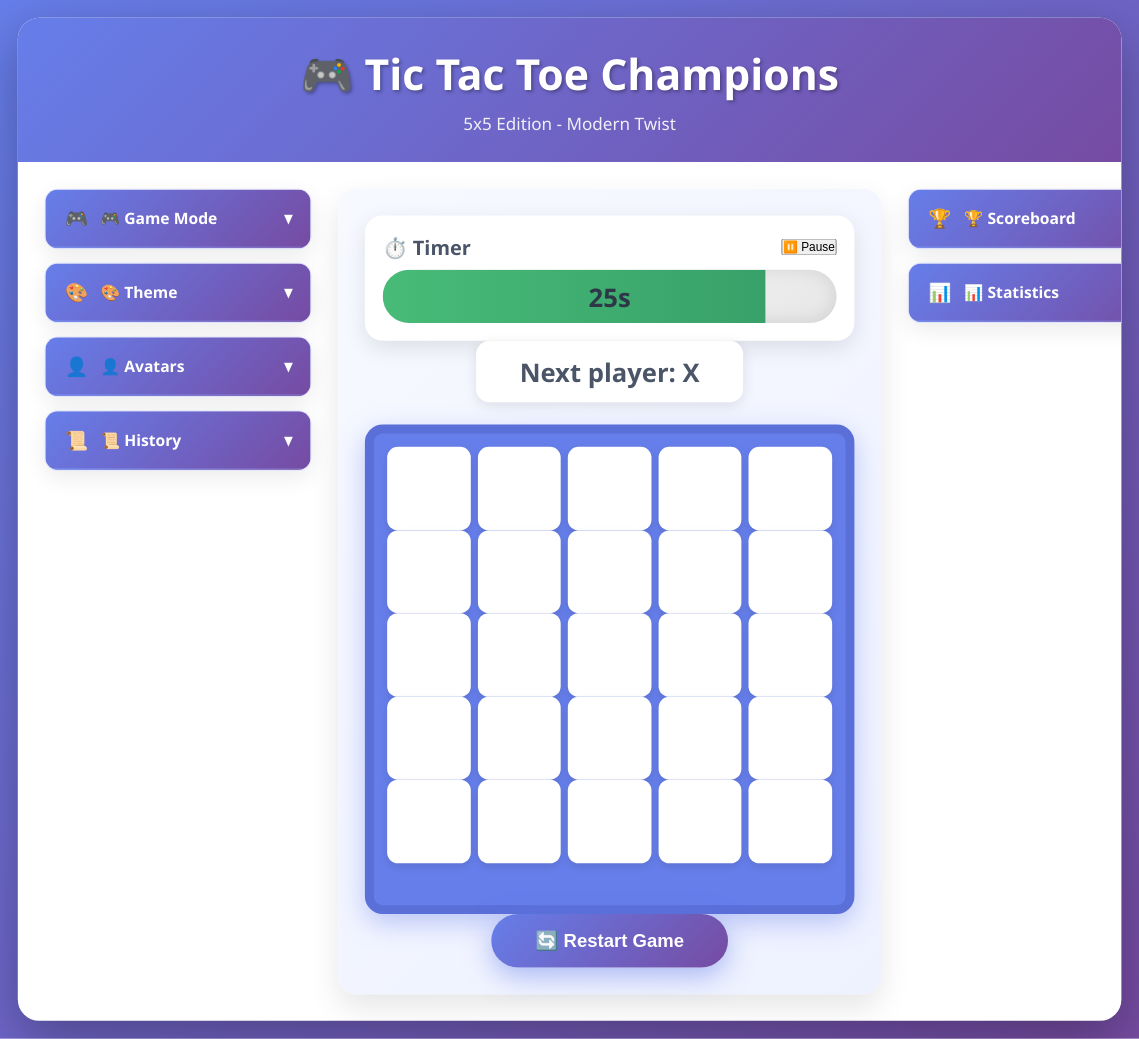
Repository: sofia123776/TIC-TAC-TOE
Page: /
The author's editor kept a copy of each file at every save. The page is drawn from the files as they stood at one save, then again after the next save.
The browser window is 1280 px wide. The pictures show the whole page, at 89% of full size.
The project was rebuilt for these pictures with package versions that can differ from the ones it lists, and the page was loaded fresh each time. Also part of the build but not shown: vite.config.js.

Above is the page before, as saved 2025-12-09 18:10:25.

### index.html
<!doctype html>
<html lang="en">
  <head>
    <meta charset="UTF-8" />
    <link rel="icon" type="image/svg+xml" href="/vite.svg" />
    <meta name="viewport" content="width=device-width, initial-scale=1.0" />
    <title>tic-tac-toe</title>
  </head>
  <body>
    <div id="root"></div>
    <script type="module" src="/src/main.jsx"></script>
  </body>
</html>

### src/main.jsx
// src/main.jsx
import React from 'react'
import ReactDOM from 'react-dom/client'
import App from './App'
import './App.css'

ReactDOM.createRoot(document.getElementById('root')).render(
  <React.StrictMode>
    <App />
  </React.StrictMode>
)

### src/App.css
/* ===== RESET & BASE ===== */
* {
  margin: 0;
  padding: 0;
  box-sizing: border-box;
}

body {
  font-family: 'Segoe UI', Tahoma, Geneva, Verdana, sans-serif;
  background: linear-gradient(135deg, #667eea 0%, #764ba2 100%);
  min-height: 100vh;
  padding: 20px;
}

/* ===== MAIN CONTAINER ===== */
.game-container {
  max-width: 1400px;
  margin: 0 auto;
  background: white;
  border-radius: 24px;
  box-shadow: 0 20px 60px rgba(0, 0, 0, 0.3);
  overflow: hidden;
  min-height: 90vh;
}

/* ===== HEADER ===== */
.game-header {
  background: linear-gradient(135deg, #667eea 0%, #764ba2 100%);
  color: white;
  padding: 30px 40px;
  text-align: center;
  position: relative;
  overflow: hidden;
}

.game-header::before {
  content: '';
  position: absolute;
  top: -50%;
  left: -50%;
  width: 200%;
  height: 200%;
  background: radial-gradient(circle, rgba(255,255,255,0.1) 1px, transparent 1px);
  background-size: 30px 30px;
  opacity: 0.3;
}

.game-title {
  font-size: 3rem;
  font-weight: 800;
  margin-bottom: 10px;
  text-shadow: 2px 2px 4px rgba(0,0,0,0.3);
  position: relative;
  z-index: 1;
}

.header-subtitle {
  font-size: 1.2rem;
  opacity: 0.9;
  position: relative;
  z-index: 1;
}

/* ===== GAME CONTENT LAYOUT ===== */
.game-content {
  display: grid;
  grid-template-columns: 300px 1fr 300px;
  gap: 30px;
  padding: 30px;
  min-height: 700px;
}

/* ===== SIDEBARS ===== */
.sidebar {
  display: flex;
  flex-direction: column;
  gap: 15px;
}

/* ===== SIDEBAR PANELS ===== */
.sidebar-panel {
  background: #f8f9ff;
  border-radius: 15px;
  overflow: hidden;
  box-shadow: 0 8px 25px rgba(0, 0, 0, 0.08);
  border: 1px solid rgba(102, 126, 234, 0.1);
  transition: all 0.3s ease;
}

.sidebar-panel.closed {
  background: #f0f2ff;
}

.panel-header {
  padding: 18px 20px;
  display: flex;
  align-items: center;
  cursor: pointer;
  background: linear-gradient(135deg, #667eea 0%, #764ba2 100%);
  color: white;
  border-bottom: 2px solid rgba(255, 255, 255, 0.1);
  transition: all 0.3s;
}

.panel-header:hover {
  background: linear-gradient(135deg, #5a6fd8 0%, #6a4290 100%);
  padding-left: 25px;
}

.panel-icon {
  font-size: 1.3rem;
  margin-right: 12px;
  width: 30px;
  text-align: center;
}

.panel-title {
  flex: 1;
  font-weight: 700;
  font-size: 1.1rem;
}

.panel-toggle {
  font-size: 0.9rem;
  transition: transform 0.3s;
}

.sidebar-panel.open .panel-toggle {
  transform: rotate(180deg);
}

.panel-content {
  padding: 20px;
  max-height: 400px;
  overflow-y: auto;
  animation: slideDown 0.3s ease;
}

@keyframes slideDown {
  from {
    opacity: 0;
    transform: translateY(-10px);
  }
  to {
    opacity: 1;
    transform: translateY(0);
  }
}

/* ===== GAME MODE SECTION ===== */
.game-mode-selector {
  display: flex;
  flex-direction: column;
  gap: 12px;
  margin-bottom: 20px;
}

.mode-option {
  display: flex;
  align-items: center;
  gap: 15px;
  padding: 15px;
  background: white;
  border: 2px solid #e2e8f0;
  border-radius: 12px;
  cursor: pointer;
  transition: all 0.3s;
}

.mode-option:hover {
  border-color: #667eea;
  transform: translateX(5px);
}

.mode-option.active {
  background: linear-gradient(135deg, #667eea15 0%, #764ba215 100%);
  border-color: #667eea;
  box-shadow: 0 4px 15px rgba(102, 126, 234, 0.2);
}

.mode-icon {
  font-size: 1.5rem;
  width: 40px;
  height: 40px;
  display: flex;
  align-items: center;
  justify-content: center;
  background: linear-gradient(135deg, #667eea 0%, #764ba2 100%);
  color: white;
  border-radius: 10px;
}

/* ===== AI SETTINGS ===== */
.ai-settings {
  border-top: 2px solid #e2e8f0;
  padding-top: 20px;
  margin-top: 20px;
}

.setting-group {
  margin-bottom: 25px;
}

.setting-title {
  font-size: 1rem;
  color: #4a5568;
  margin-bottom: 12px;
  font-weight: 600;
}

.difficulty-options {
  display: flex;
  flex-direction: column;
  gap: 8px;
}

.difficulty-option {
  display: flex;
  align-items: center;
  gap: 10px;
  padding: 12px 15px;
  background: white;
  border: 2px solid #e2e8f0;
  border-radius: 10px;
  cursor: pointer;
  transition: all 0.3s;
}

.difficulty-option:hover {
  border-color: #667eea;
}

.difficulty-option.active {
  background: linear-gradient(135deg, #667eea10 0%, #764ba210 100%);
  border-color: #667eea;
}

.difficulty-dot {
  width: 12px;
  height: 12px;
  border-radius: 50%;
  margin-right: 5px;
}

.difficulty-dot.easy {
  background: #48bb78;
}

.difficulty-dot.medium {
  background: #ed8936;
}

.difficulty-dot.hard {
  background: #f56565;
}

.player-options {
  display: flex;
  gap: 10px;
}

.player-option {
  flex: 1;
  display: flex;
  flex-direction: column;
  align-items: center;
  padding: 15px;
  background: white;
  border: 2px solid #e2e8f0;
  border-radius: 12px;
  cursor: pointer;
  transition: all 0.3s;
  position: relative;
}

.player-option:hover {
  border-color: #667eea;
}

.player-option.active {
  background: linear-gradient(135deg, #667eea10 0%, #764ba210 100%);
  border-color: #667eea;
}

.option-avatar {
  width: 50px;
  height: 50px;
  border-radius: 50%;
  object-fit: cover;
  margin-bottom: 8px;
  border: 2px solid #e2e8f0;
}

.player-option.active .option-avatar {
  border-color: #667eea;
}

.player-badge {
  position: absolute;
  top: 8px;
  right: 8px;
  background: #48bb78;
  color: white;
  font-size: 0.7rem;
  padding: 2px 8px;
  border-radius: 10px;
}

.ai-info {
  margin-top: 20px;
  padding: 15px;
  background: #f0f7ff;
  border-radius: 10px;
  border-left: 4px solid #4299e1;
}

.ai-description {
  font-size: 0.9rem;
  color: #4a5568;
  text-align: center;
}

/* ===== THEME SELECTOR ===== */
.theme-options {
  display: flex;
  flex-direction: column;
  gap: 12px;
}

.theme-option {
  display: flex;
  align-items: center;
  gap: 15px;
  padding: 15px;
  background: white;
  border: 2px solid #e2e8f0;
  border-radius: 12px;
  cursor: pointer;
  transition: all 0.3s;
}

.theme-option:hover {
  transform: translateX(5px);
}

.theme-option.active {
  border-color: #667eea;
  box-shadow: 0 4px 15px rgba(102, 126, 234, 0.2);
}

.theme-preview {
  width: 40px;
  height: 40px;
  border-radius: 8px;
  border: 2px solid #e2e8f0;
}

.theme-preview.cyberpunk {
  background: linear-gradient(135deg, #0f0c29, #302b63);
}

.theme-preview.neon {
  background: linear-gradient(135deg, #000000, #1a1a2e);
}

.theme-preview.sunset {
  background: linear-gradient(135deg, #ff6b6b, #556270);
}

/* ===== MAIN GAME AREA ===== */
.main-game-area {
  display: flex;
  flex-direction: column;
  align-items: center;
  justify-content: center;
  gap: 25px;
}

.game-board-wrapper {
  background: linear-gradient(135deg, #f7f9ff 0%, #eef2ff 100%);
  padding: 30px;
  border-radius: 20px;
  box-shadow: 0 15px 35px rgba(0, 0, 0, 0.1);
  width: 100%;
  max-width: 700px;
}

/* ===== TIMER IN MAIN AREA ===== */
.timer-display-main {
  background: white;
  border-radius: 20px;
  padding: 20px;
  box-shadow: 0 8px 25px rgba(0, 0, 0, 0.1);
  width: 100%;
  max-width: 700px;

}

.timer-header {
  display: flex;
  justify-content: space-between;
  align-items: center;
  margin-bottom: 10px;
}

.timer-header h3 {
  font-size: 1.4rem;
  color: #4a5568;
  display: flex;
  align-items: center;
  gap: 10px;
}

.timer-circle-main {
  position: relative;
  width: 100%;
  height: 60px;
  border-radius: 30px;
  background: linear-gradient(145deg, #ffffff, #e6e6e6);
  box-shadow: inset 0 0 20px rgba(0, 0, 0, 0.1);
  overflow: hidden;
}

.timer-circle-main.warning {
  background: linear-gradient(145deg, #fff5f5, #fed7d7);
}

.timer-value {
  position: absolute;
  top: 50%;
  left: 50%;
  transform: translate(-50%, -50%);
  font-size: 1.8rem;
  font-weight: 800;
  color: #2d3748;
  z-index: 2;
}

.timer-progress {
  position: absolute;
  top: 0;
  left: 0;
  height: 100%;
  background: linear-gradient(to right, #48bb78, #38a169);
  transition: width 1s linear;
}

.timer-circle-main.warning .timer-progress {
  background: linear-gradient(to right, #f56565, #e53e3e);
}

/* ===== 5x5 GAME BOARD - FIXED ===== */
.board-container {
  display: flex;
  flex-direction: column;
  align-items: center;
  gap: 25px;
}

.status {
  font-size: 1.8rem;
  font-weight: 700;
  color: #4a5568;
  text-align: center;
  padding: 15px 30px;
  background: white;
  border-radius: 15px;
  box-shadow: 0 4px 15px rgba(0, 0, 0, 0.1);
  min-width: 300px;
}

.status.winner {
  background: linear-gradient(135deg, #48bb78, #38a169);
  color: white;
  animation: pulse 2s infinite;
}

@keyframes pulse {
  0%, 100% { transform: scale(1); }
  50% { transform: scale(1.05); }
}

.board-grid {
  display: grid;
  grid-template-columns: repeat(5, 1fr);
  grid-template-rows: repeat(5, 1fr);
  gap: 8px;
  background: #667eea;
  padding: 15px;
  border-radius: 20px;
  box-shadow: 0 10px 30px rgba(102, 126, 234, 0.4);
  width: 550px;
  height: 550px;
  border: 10px solid #5a6fd8;
}

.square {
  background: white;
  border: none;
  border-radius: 12px;
  display: flex;
  align-items: center;
  justify-content: center;
  cursor: pointer;
  transition: all 0.3s;
  box-shadow: 0 4px 10px rgba(0, 0, 0, 0.1);
  width: 100%;
  height: 100%;
  min-width: 0;
  min-height: 0;

}

.square:hover {
  background: #f7fafc;
  transform: scale(1.05);
  box-shadow: 0 6px 20px rgba(0, 0, 0, 0.15);
}

.square.highlight {
  background: linear-gradient(135deg, #f6e05e, #d69e2e);
  animation: highlight-pulse 1.5s infinite;
}

@keyframes highlight-pulse {
  0%, 100% { box-shadow: 0 0 20px rgba(246, 224, 94, 0.6); }
  50% { box-shadow: 0 0 30px rgba(246, 224, 94, 0.9); }
}

.avatar-img {
  width: 60px;
  height: 60px;
  border-radius: 50%;
  object-fit: cover;
  border: 3px solid #e2e8f0;
}

/* ===== AI INDICATOR ===== */
.ai-indicator {
  background: white;
  border-radius: 15px;
  padding: 15px;
  margin-bottom: 20px;
  box-shadow: 0 4px 15px rgba(0, 0, 0, 0.1);
}

.ai-labels {
  display: flex;
  justify-content: space-between;
  align-items: center;
}

.ai-label {
  flex: 1;
  text-align: center;
  padding: 10px;
  border-radius: 10px;
  font-weight: 600;
  font-size: 1.1rem;
}

.ai-label.ai {
  background: linear-gradient(135deg, #f5656510 0%, #e53e3e10 100%);
  color: #e53e3e;
}

.ai-label.human {
  background: linear-gradient(135deg, #48bb7810 0%, #38a16910 100%);
  color: #38a169;
}

.ai-label-vs {
  padding: 0 20px;
  font-weight: 700;
  color: #4a5568;
}

/* ===== ACTION BUTTONS ===== */
.action-buttons {
  display: flex;
  justify-content: center;
  width: 100%;
  max-width: 700px;
}

.restart-btn-main {
  padding: 18px 50px;
  font-size: 1.3rem;
  font-weight: 700;
  background: linear-gradient(135deg, #667eea 0%, #764ba2 100%);
  color: white;
  border: none;
  border-radius: 50px;
  cursor: pointer;
  transition: all 0.3s;
  box-shadow: 0 10px 30px rgba(102, 126, 234, 0.5);
}

.restart-btn-main:hover {
  transform: scale(1.05);
  box-shadow: 0 15px 40px rgba(102, 126, 234, 0.7);
}

/* ===== AVATAR SELECTION - FIXED ===== */
.avatar-selection-grid {
  display: flex;
  flex-direction: column;
  gap: 25px;
}

.avatar-selector-compact {
  display: flex;
  flex-direction: column;
  align-items: center;
  gap: 15px;
  padding: 15px;
  background: white;
  border-radius: 15px;
  border: 2px solid #e2e8f0;
}

.player-label {
  font-weight: 700;
  color: #4a5568;
  font-size: 1.1rem;
  text-transform: uppercase;
  letter-spacing: 1px;
  text-align: center;
  width: 100%;
  padding-bottom: 10px;
  border-bottom: 2px solid #e2e8f0;
}

.current-avatar {
  width: 80px;
  height: 80px;
  border-radius: 50%;
  overflow: hidden;
  border: 4px solid #667eea;
  box-shadow: 0 4px 15px rgba(102, 126, 234, 0.3);
}

.current-avatar img {
  width: 100%;
  height: 100%;
  object-fit: cover;
  display: block;
}

.avatar-options-compact {
  display: flex;
  flex-wrap: wrap;
  gap: 10px;
  justify-content: center;
}

.avatar-option-compact {
  width: 50px;
  height: 50px;
  border-radius: 50%;
  overflow: hidden;
  cursor: pointer;
  border: 3px solid #cbd5e0;
  transition: all 0.3s;
  flex-shrink: 0;
}

.avatar-option-compact:hover {
  transform: scale(1.1);
  border-color: #667eea;
}

.avatar-option-compact.selected {
  border-color: #48bb78;
  transform: scale(1.15);
  box-shadow: 0 4px 15px rgba(72, 187, 120, 0.4);
}

.avatar-option-compact img {
  width: 100%;
  height: 100%;
  object-fit: cover;
  display: block;
}

/* ===== SCOREBOARD ===== */
.scoreboard-cards {
  display: flex;
  flex-direction: column;
  gap: 15px;
}

.score-card {
  display: flex;
  align-items: center;
  gap: 20px;
  padding: 20px;
  background: white;
  border-radius: 15px;
  box-shadow: 0 4px 15px rgba(0, 0, 0, 0.08);
  transition: transform 0.3s;
}

.score-card:hover {
  transform: translateY(-3px);
}

.player-x-score {
  border-left: 5px solid #f56565;
}

.player-o-score {
  border-left: 5px solid #4299e1;
}

.draws-score {
  border-left: 5px solid #ed8936;
}

.score-avatar {
  width: 60px;
  height: 60px;
  border-radius: 50%;
  overflow: hidden;
  flex-shrink: 0;
  position: relative;
}

.score-avatar img {
  width: 100%;
  height: 100%;
  object-fit: cover;
  display: block;
}

.ai-badge {
  position: absolute;
  bottom: -5px;
  right: -5px;
  background: #f56565;
  color: white;
  width: 25px;
  height: 25px;
  border-radius: 50%;
  display: flex;
  align-items: center;
  justify-content: center;
  font-size: 0.8rem;
  border: 2px solid white;
}

.score-info {
  flex: 1;
}

.score-info h4 {
  font-size: 1.1rem;
  color: #4a5568;
  margin-bottom: 5px;
}

.score-value {
  font-size: 2.5rem;
  font-weight: 800;
  color: #2d3748;
  line-height: 1;
}

.score-label {
  font-size: 0.9rem;
  color: #a0aec0;
  margin-top: 2px;
}

/* ===== PLAYER STATISTICS ===== */
.player-tabs {
  display: flex;
  gap: 10px;
  margin-bottom: 20px;
}

.player-tab {
  flex: 1;
  display: flex;
  flex-direction: column;
  align-items: center;
  gap: 8px;
  padding: 15px;
  background: white;
  border-radius: 15px;
  cursor: pointer;
  transition: all 0.3s;
  border: 2px solid #e2e8f0;
}

.player-tab:hover {
  border-color: #667eea;
}

.player-tab.active {
  background: linear-gradient(135deg, #667eea 0%, #764ba2 100%);
  color: white;
  border-color: #667eea;
  transform: translateY(-2px);
  box-shadow: 0 6px 20px rgba(102, 126, 234, 0.4);
}

.tab-avatar {
  width: 40px;
  height: 40px;
  border-radius: 50%;
  object-fit: cover;
}

.player-tab.active .tab-avatar {
  border: 2px solid white;
}

.stats-grid {
  display: grid;
  grid-template-columns: repeat(2, 1fr);
  gap: 15px;
  margin-bottom: 20px;
}

.stat-box {
  background: white;
  border-radius: 15px;
  padding: 15px;
  display: flex;
  align-items: center;
  gap: 15px;
  box-shadow: 0 4px 12px rgba(0, 0, 0, 0.05);
}

.stat-icon {
  font-size: 2rem;
  width: 50px;
  height: 50px;
  display: flex;
  align-items: center;
  justify-content: center;
  background: linear-gradient(135deg, #667eea 0%, #764ba2 100%);
  color: white;
  border-radius: 12px;
}

.stat-content {
  flex: 1;
}

.stat-value {
  font-size: 1.5rem;
  font-weight: 800;
  color: #2d3748;
  line-height: 1;
}

.stat-label {
  font-size: 0.8rem;
  color: #a0aec0;
  margin-top: 10px;
}

.detailed-stats {
  background: white;
  border-radius: 15px;
  padding: 20px;
  box-shadow: 0 4px 12px rgba(0, 0, 0, 0.05);
}

.detailed-stat {
  display: flex;
  justify-content: space-between;
  align-items: center;
  padding: 10px 0;
  border-bottom: 1px solid #e2e8f0;
}

.detailed-stat:last-child {
  border-bottom: none;
}

.stat-number {
  font-weight: 700;
  font-size: 1.2rem;
}

.stat-number.win {
  color: #48bb78;
}

.stat-number.loss {
  color: #f56565;
}

.player-stats {
  display: none;
}

.player-stats.active {
  display: block;
  animation: fadeIn 0.5s ease;
}

@keyframes fadeIn {
  from { opacity: 0; transform: translateY(10px); }
  to { opacity: 1; transform: translateY(0); }
}

/* ===== AI THINKING INDICATOR ===== */
.ai-thinking-indicator {
  position: fixed;
  top: 0;
  left: 0;
  right: 0;
  bottom: 0;
  background: rgba(0, 0, 0, 0.8);
  display: flex;
  align-items: center;
  justify-content: center;
  z-index: 1000;
  backdrop-filter: blur(10px);
}

.ai-thinking-content {
  background: white;
  padding: 40px;
  border-radius: 20px;
  text-align: center;
  box-shadow: 0 20px 60px rgba(0, 0, 0, 0.4);
  animation: popIn 0.6s cubic-bezier(0.68, -0.55, 0.265, 1.55);
}

.thinking-dots {
  font-size: 3rem;
  margin-bottom: 15px;
}

.thinking-dots .dot {
  animation: blink 1.5s infinite;
  opacity: 0;
}

.thinking-dots .dot:nth-child(2) { animation-delay: 0.2s; }
.thinking-dots .dot:nth-child(3) { animation-delay: 0.4s; }

@keyframes blink {
  0%, 100% { opacity: 0.2; }
  50% { opacity: 1; }
}

.ai-thinking-content p {
  font-size: 1.2rem;
  color: #4a5568;
  font-weight: 600;
}

/* ===== GAME OVER POPUP ===== */
.game-over-overlay {
  position: fixed;
  top: 0;
  left: 0;
  right: 0;
  bottom: 0;
  background: rgba(0, 0, 0, 0.8);
  display: flex;
  justify-content: center;
  align-items: center;
  z-index: 1000;
  backdrop-filter: blur(10px);
}

.game-over-box {
  background: white;
  padding: 50px;
  border-radius: 30px;
  text-align: center;
  max-width: 500px;
  width: 90%;
  box-shadow: 0 30px 60px rgba(0, 0, 0, 0.4);
  animation: popIn 0.6s cubic-bezier(0.68, -0.55, 0.265, 1.55);
}

@keyframes popIn {
  0% {
    opacity: 0;
    transform: scale(0.5) rotate(-10deg);
  }
  100% {
    opacity: 1;
    transform: scale(1) rotate(0deg);
  }
}

.celebration {
  font-size: 4rem;
  margin-bottom: 20px;
  animation: bounce 2s infinite;
}

@keyframes bounce {
  0%, 100% { transform: translateY(0); }
  50% { transform: translateY(-20px); }
}

.game-over-box h2 {
  font-size: 2.5rem;
  color: #2d3748;
  margin-bottom: 15px;
}

.ai-result-message {
  background: linear-gradient(135deg, #667eea10 0%, #764ba210 100%);
  padding: 15px;
  border-radius: 15px;
  margin: 20px 0;
  font-size: 1.2rem;
  color: #4a5568;
}

.ai-difficulty-tag {
  display: inline-block;
  background: #667eea;
  color: white;
  padding: 5px 15px;
  border-radius: 20px;
  font-size: 0.9rem;
  margin-top: 8px;
}

.popup-message {
  font-size: 1.2rem;
  color: #718096;
  margin-bottom: 30px;
}

.restart-btn {
  padding: 18px 50px;
  font-size: 1.3rem;
  font-weight: 700;
  background: linear-gradient(135deg, #667eea 0%, #764ba2 100%);
  color: white;
  border: none;
  border-radius: 50px;
  cursor: pointer;
  transition: all 0.3s;
  box-shadow: 0 10px 30px rgba(102, 126, 234, 0.5);
}

.restart-btn:hover {
  transform: scale(1.05);
  box-shadow: 0 15px 40px rgba(102, 126, 234, 0.7);
}

/* ===== RESPONSIVE DESIGN ===== */
@media (max-width: 1200px) {
  .game-content {
    grid-template-columns: 280px 1fr 280px;
  }

  .board-grid {
    width: 500px;
    height: 500px;
  }
}

@media (max-width: 1100px) {
  .game-content {
    grid-template-columns: 250px 1fr 250px;
  }

  .board-grid {
    width: 450px;
    height: 450px;
  }

  .avatar-img {
    width: 50px;
    height: 50px;
  }
}

@media (max-width: 900px) {
  .game-content {
    grid-template-columns: 1fr;
    grid-template-rows: auto auto;
    gap: 20px;
  }

  .sidebar {
    flex-direction: row;
    flex-wrap: wrap;
  }

  .sidebar-panel {
    flex: 1;
    min-width: 300px;
  }

  .main-game-area {
    order: 1;
  }

  .left-sidebar {
    order: 2;
  }

  .right-sidebar {
    order: 3;
  }

  .board-grid {
    width: 400px;
    height: 400px;
  }
}

@media (max-width: 600px) {
  .game-content {
    padding: 15px;
  }

  .sidebar-panel {
    min-width: 100%;
  }

  .board-grid {
    width: 350px;
    height: 350px;
    gap: 30px;
    padding: 10px;
  }

  .avatar-img {
    width: 40px;
    height: 40px;
  }

  .stats-grid {
    grid-template-columns: 1fr;
  }

  .game-title {
    font-size: 2rem;
  }

  .header-subtitle {
    font-size: 1rem;
  }

  .timer-value {
    font-size: 1.5rem;
  }

  .restart-btn-main {
    padding: 15px 30px;
    font-size: 1.1rem;
  }
}

Loaded but not shown: src/App.jsx (1070 lines, source omitted)

After the next save:
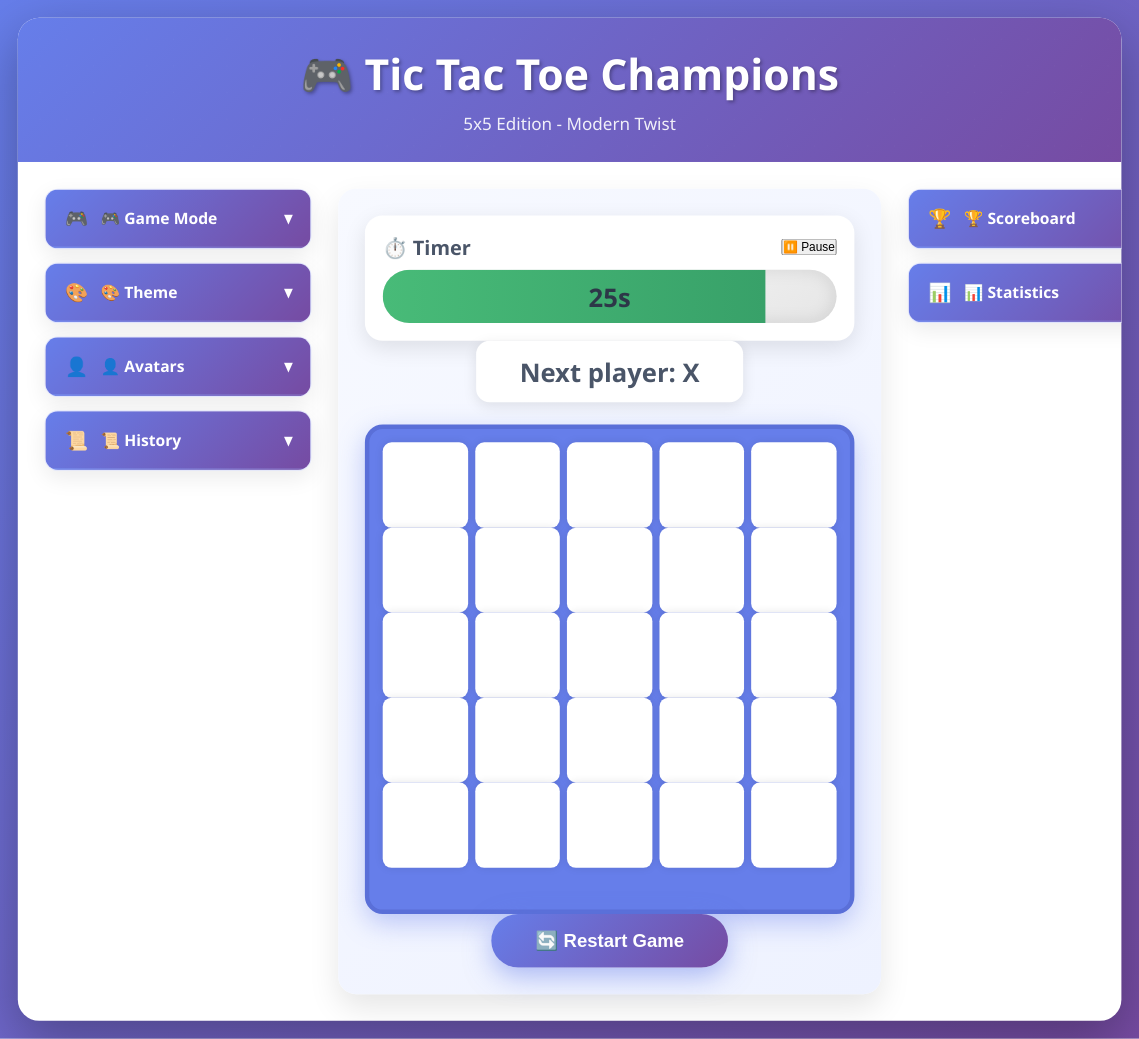
Saved 81 s later.
--- a/src/App.css
+++ b/src/App.css
@@ -491,19 +491,19 @@ body {
   box-shadow: 0 10px 30px rgba(102, 126, 234, 0.4);
   width: 550px;
   height: 550px;
-  border: 10px solid #5a6fd8;
+  border: 5px solid #5a6fd8;
 }
 
 .square {
   background: white;
   border: none;
-  border-radius: 12px;
+  border-radius: 10px;
   display: flex;
   align-items: center;
   justify-content: center;
   cursor: pointer;
   transition: all 0.3s;
-  box-shadow: 0 4px 10px rgba(0, 0, 0, 0.1);
+  box-shadow: 0 0px 10px rgba(0, 0, 0, 0.1);
   width: 100%;
   height: 100%;
   min-width: 0;
